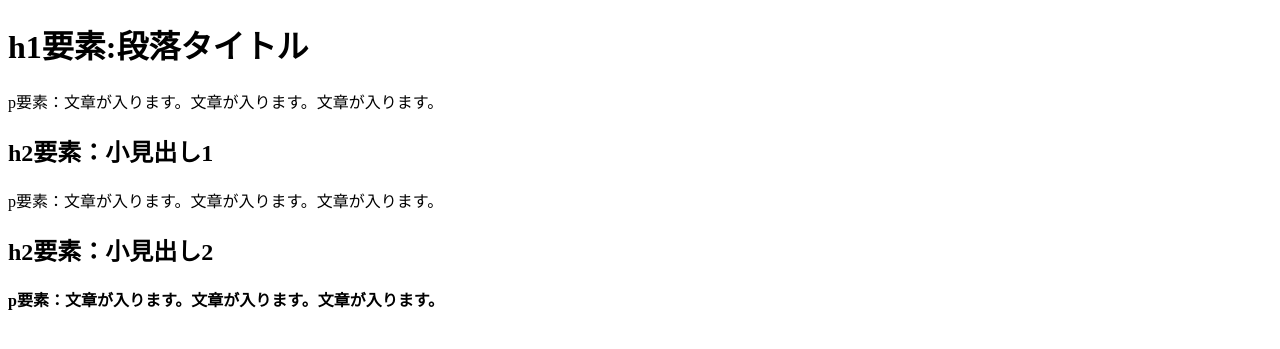
Repository: Makishima-kouhei/samurai_HTML-CSS
Page: index.html
The author's editor kept a record of every edit. The page is drawn from the files as they stood at one moment, then again after the next edit.
The browser window is 1280 px wide. The pictures show the whole page.

Above is the page before.

### index.html
<!DOCTYPE html>
<html lang="ja">
    <head>
        <meta charset="UTF-8">
        <title>HTML/CSSの学習</title>
    </head>
    <body>
        <h1 class="blue">h1要素:段落タイトル</h1>
        <p>p要素：文章が入ります。文章が入ります。文章が入ります。</p>
        <h2 class="blue">h2要素：小見出し1</h2>
        <p class="fs-25">
            p要素：文章が入ります。文章が入ります。文章が入ります。
            </p>
        <h2 id="red">h2要素：小見出し2</h2>
        <p style="font-weight: bold;">
            p要素：文章が入ります。文章が入ります。文章が入ります。
            </p>
    </body>
</html>

After the next edit:
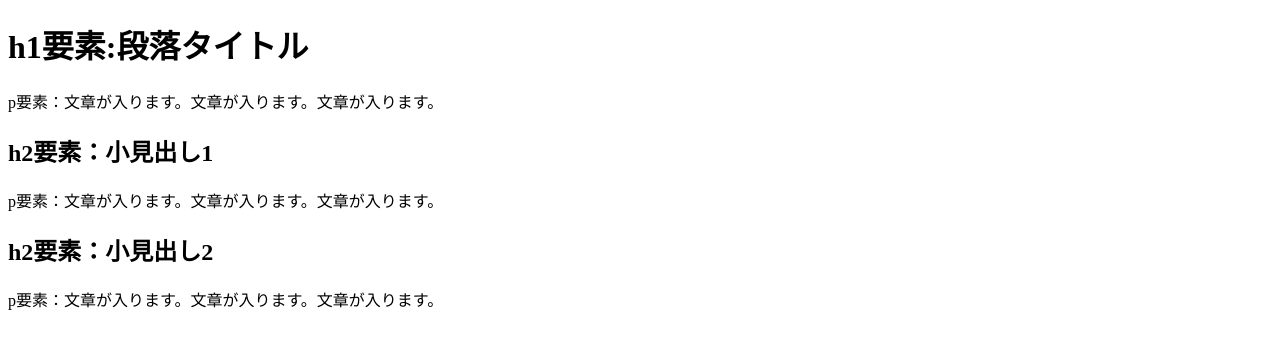
The edit:
--- a/index.html
+++ b/index.html
@@ -12,7 +12,7 @@
             p要素：文章が入ります。文章が入ります。文章が入ります。
             </p>
         <h2 id="red">h2要素：小見出し2</h2>
-        <p style="font-weight: bold;">
+        <p class="fw-bold">
             p要素：文章が入ります。文章が入ります。文章が入ります。
             </p>
     </body>
